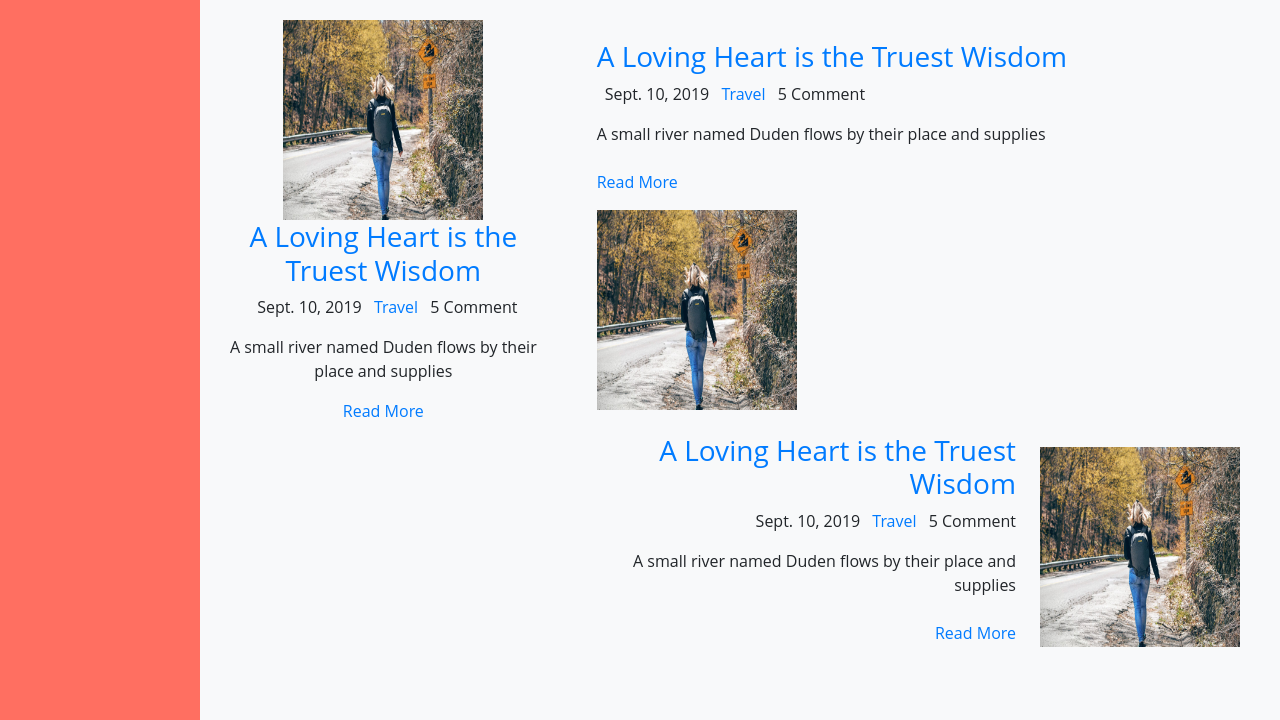
Repository: tts2610/GoogleNews
Page: index.html
An editor plug-in stored every save of this project. The page is shown before and after the next save, followed by the edit.
The browser window is 1280 px wide. The pictures show the whole page.
The page's requests for data from a server got no answer. An inner scrolling area shows only its first screen. Some web libraries are served in a nearby version.

Above is the page before, as saved 2020-05-20 22:26:16.

After the next save:
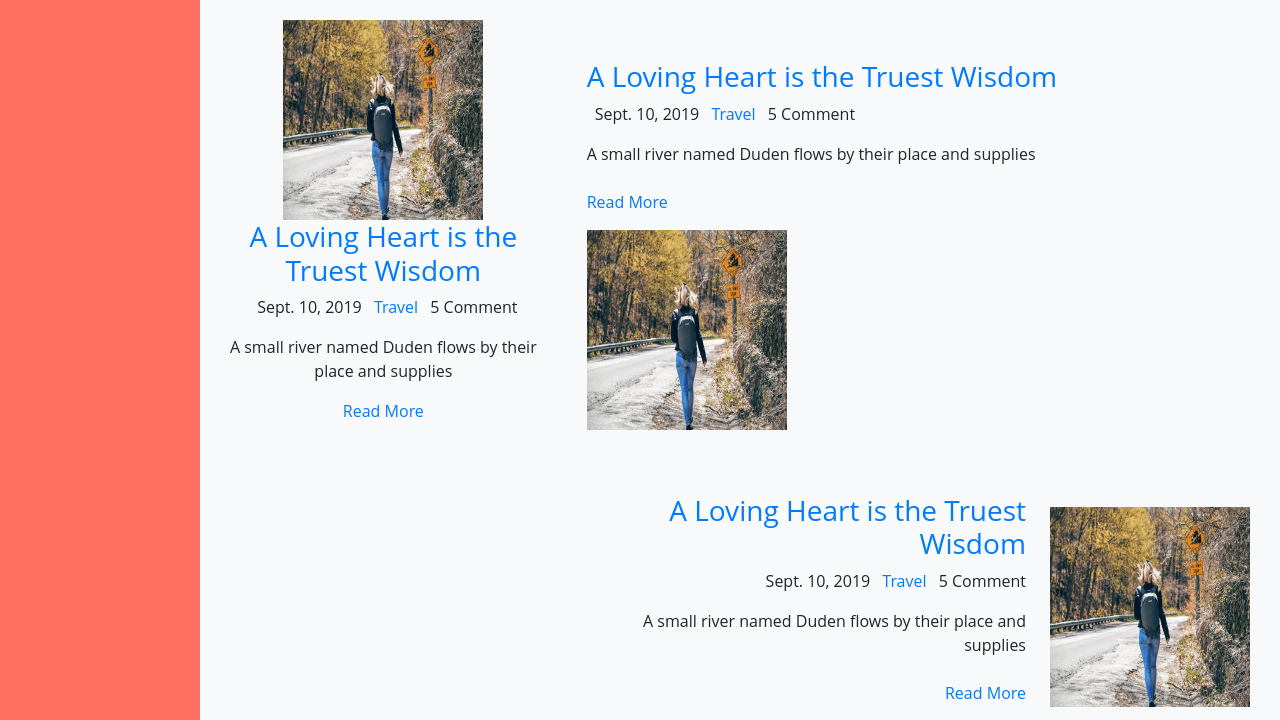
Saved 118 s later.
--- a/index.html
+++ b/index.html
@@ -56,7 +56,8 @@
                 </div>
                 <div class="col-8">
                     <div class="row">
-                        <div class="col-md-12">
+
+                        <div class="row">
                             <div class="blog-entry">
                                 <div class="text">
                                     <h3 class="mb-2"><a href="single.html">A Loving Heart is the Truest Wisdom</a></h3>
@@ -73,7 +74,7 @@
                                 <div class="news-img"><img src="img/image_8.jpg" width="200" height="200"></div>
                             </div>
                         </div>
-                        <div class="col-md-12">
+                        <div class="row">
                             <div class="blog-entry ftco-animate d-md-flex align-items-center">
                                 <div class="text text-2 text-md-right p-4">
                                     <h3 class="mb-2"><a href="single.html">A Loving Heart is the Truest Wisdom</a></h3>
@@ -90,6 +91,14 @@
                                 <div class="news-img"><img src="img/image_8.jpg" width="200" height="200"></div>
                             </div>
                         </div>
+
+
+                        <!-- <div class="col-md-12">
+
+                        </div> -->
+                        <!-- <div class="col-md-12">
+
+                        </div> -->
                     </div>
                 </div>
             </div>
